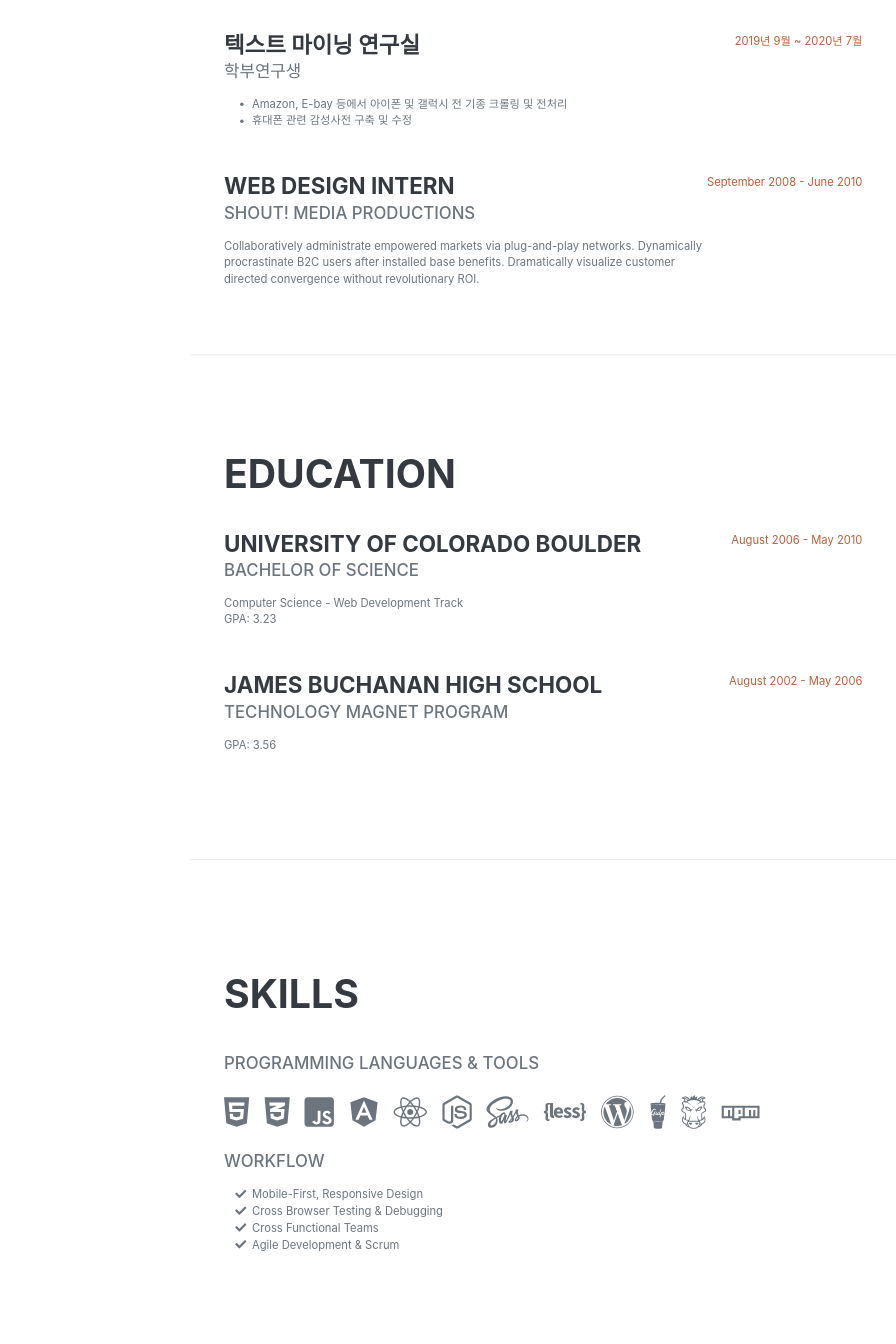
Repository: minsuk1/portfolio
Page: index.html
These files come from the project's save history. The page is drawn as it stood at one moment and after the next save; the edit follows.
The browser window is 1280 px wide. The pictures show the part of the page from y = 1251 to 3171 px (the page is 4642 px tall before and 4594 px after), at 70% of full size.
Some web fonts or font styles are not loaded; a fallback is used.

Above is the page before, as saved 2021-01-01 10:44:50.

### index.html
<!DOCTYPE html>
<html lang="en">
    <head>
        <meta charset="utf-8" />
        <meta name="viewport" content="width=device-width, initial-scale=1, shrink-to-fit=no" />
        <meta name="description" content="" />
        <meta name="author" content="" />
        <title>Resume - Start Bootstrap Theme</title>
        <link rel="icon" type="image/x-icon" href="assets/img/favicon.ico" />
        <!-- Font Awesome icons (free version)-->
        <script src="https://use.fontawesome.com/releases/v5.15.1/js/all.js" crossorigin="anonymous"></script>
        <!-- Google fonts-->
        <link href="https://fonts.googleapis.com/css?family=Saira+Extra+Condensed:500,700" rel="stylesheet" type="text/css" />
        <link href="https://fonts.googleapis.com/css?family=Muli:400,400i,800,800i" rel="stylesheet" type="text/css" />
        <!-- Core theme CSS (includes Bootstrap)-->
        <link href="css/styles.css" rel="stylesheet" />
    </head>
    <body id="page-top">
        <!-- Navigation-->
        <nav class="navbar navbar-expand-lg navbar-dark bg-primary fixed-top" id="sideNav">
            <a class="navbar-brand js-scroll-trigger" href="#page-top">
                <span class="d-block d-lg-none">Clarence Taylor</span>
                <span class="d-none d-lg-block"><img class="img-fluid img-profile rounded-circle mx-auto mb-2" src="assets/img/profile.jpg" alt="" /></span>
            </a>
            <button class="navbar-toggler" type="button" data-toggle="collapse" data-target="#navbarSupportedContent" aria-controls="navbarSupportedContent" aria-expanded="false" aria-label="Toggle navigation"><span class="navbar-toggler-icon"></span></button>
            <div class="collapse navbar-collapse" id="navbarSupportedContent">
                <ul class="navbar-nav">
                    <li class="nav-item"><a class="nav-link js-scroll-trigger" href="#about">About</a></li>
                    <li class="nav-item"><a class="nav-link js-scroll-trigger" href="#experience">Experience</a></li>
                    <li class="nav-item"><a class="nav-link js-scroll-trigger" href="#education">Education</a></li>
                    <li class="nav-item"><a class="nav-link js-scroll-trigger" href="#skills">Skills</a></li>
                    <li class="nav-item"><a class="nav-link js-scroll-trigger" href="#interests">Interests</a></li>
                    <li class="nav-item"><a class="nav-link js-scroll-trigger" href="#awards">Awards</a></li>
                </ul>
            </div>
        </nav>
        <!-- Page Content-->
        <div class="container-fluid p-0">
            <!-- About-->
            <section class="resume-section" id="about">
                <div class="resume-section-content">
                    <h1 class="mb-0">
                        Portfolio
                        <span class="text-primary">오민석</span>
                    </h1>
                    <div class="subheading mb-5">
                                  010-6265-6918
                        <a href="mailto:name@email.com">palt1230@email.com</a>
                    </div>
                    <p class="lead mb-5"></p>
                    <div class="social-icons">
                        <a class="social-icon" href="https://github.com/minsuk1"><i class="fab fa-github"></i></a>
                        <a class="social-icon" href="https://velog.io/@minsuk"><i class="fas fa-envelope-open-text"></i></i></a>
                        <a class="social-icon" href="#"><i class="fab fa-facebook-f"></i></a>
                    </div>
                </div>
            </section>
            <hr class="m-0" />
            <!-- Experience-->
            <section class="resume-section" id="experience">
                <div class="resume-section-content">
                    <h2 class="mb-5">Experience</h2>
                    <div class="d-flex flex-column flex-md-row justify-content-between mb-5">
                        <div class="flex-grow-1">
                            <h3 class="mb-0">삼정KPMG 인턴</h3>
                            <div class="subheading mb-3">Data Engineer</div>
                            <ul>
                                <li>데이터 ETL : MSSQL에서 데이터 전처리</li>
                                <li>QA : 사내 AI 감사 솔루션 플랫폼(Clara) QA</li>
                            </ul>

                        </div>
                        <div class="flex-shrink-0"><span class="text-primary">2020년 12월 ~ 현재</span></div>
                    </div>
                    <div class="d-flex flex-column flex-md-row justify-content-between mb-5">
                        <div class="flex-grow-1">
                            <h3 class="mb-0">핀테크 교육</h3>
                            <div class="subheading mb-3">대외 교육</div>
                            <p>4차 산업혁명 시대에 맞는 코스콤 수행, 금융위원회 주관 핀테크 교육</p>
                        </div>
                        <div class="flex-shrink-0"><span class="text-primary">2020년 7월 ~ 2020년 8월</span></div>
                    </div>
                    <div class="d-flex flex-column flex-md-row justify-content-between mb-5">
                        <div class="flex-grow-1">
                            <h3 class="mb-0">텍스트 마이닝 연구실</h3>
                            <div class="subheading mb-3">학부연구생</div>
                            <ul>
                                <li>Amazon, E-bay 등에서 아이폰 및 갤럭시 전 기종 크롤링 및 전처리</li>
                                <li>휴대폰 관련 감성사전 구축 및 수정</li>
                            </ul>
                        </div>
                        <div class="flex-shrink-0"><span class="text-primary">2019년 9월 ~ 2020년 7월</span></div>
                    </div>
                    <div class="d-flex flex-column flex-md-row justify-content-between">
                        <div class="flex-grow-1">
                            <h3 class="mb-0">Web Design Intern</h3>
                            <div class="subheading mb-3">Shout! Media Productions</div>
                            <p>Collaboratively administrate empowered markets via plug-and-play networks. Dynamically procrastinate B2C users after installed base benefits. Dramatically visualize customer directed convergence without revolutionary ROI.</p>
                        </div>
                        <div class="flex-shrink-0"><span class="text-primary">September 2008 - June 2010</span></div>
                    </div>
                </div>
            </section>
            <hr class="m-0" />
            <!-- Education-->
            <section class="resume-section" id="education">
                <div class="resume-section-content">
                    <h2 class="mb-5">Education</h2>
                    <div class="d-flex flex-column flex-md-row justify-content-between mb-5">
                        <div class="flex-grow-1">
                            <h3 class="mb-0">University of Colorado Boulder</h3>
                            <div class="subheading mb-3">Bachelor of Science</div>
                            <div>Computer Science - Web Development Track</div>
                            <p>GPA: 3.23</p>
                        </div>
                        <div class="flex-shrink-0"><span class="text-primary">August 2006 - May 2010</span></div>
                    </div>
                    <div class="d-flex flex-column flex-md-row justify-content-between">
                        <div class="flex-grow-1">
                            <h3 class="mb-0">James Buchanan High School</h3>
                            <div class="subheading mb-3">Technology Magnet Program</div>
                            <p>GPA: 3.56</p>
                        </div>
                        <div class="flex-shrink-0"><span class="text-primary">August 2002 - May 2006</span></div>
                    </div>
                </div>
            </section>
            <hr class="m-0" />
            <!-- Skills-->
            <section class="resume-section" id="skills">
                <div class="resume-section-content">
                    <h2 class="mb-5">Skills</h2>
                    <div class="subheading mb-3">Programming Languages & Tools</div>
                    <ul class="list-inline dev-icons">
                        <li class="list-inline-item"><i class="fab fa-html5"></i></li>
                        <li class="list-inline-item"><i class="fab fa-css3-alt"></i></li>
                        <li class="list-inline-item"><i class="fab fa-js-square"></i></li>
                        <li class="list-inline-item"><i class="fab fa-angular"></i></li>
                        <li class="list-inline-item"><i class="fab fa-react"></i></li>
                        <li class="list-inline-item"><i class="fab fa-node-js"></i></li>
                        <li class="list-inline-item"><i class="fab fa-sass"></i></li>
                        <li class="list-inline-item"><i class="fab fa-less"></i></li>
                        <li class="list-inline-item"><i class="fab fa-wordpress"></i></li>
                        <li class="list-inline-item"><i class="fab fa-gulp"></i></li>
                        <li class="list-inline-item"><i class="fab fa-grunt"></i></li>
                        <li class="list-inline-item"><i class="fab fa-npm"></i></li>
                    </ul>
                    <div class="subheading mb-3">Workflow</div>
                    <ul class="fa-ul mb-0">
                        <li>
                            <span class="fa-li"><i class="fas fa-check"></i></span>
                            Mobile-First, Responsive Design
                        </li>
                        <li>
                            <span class="fa-li"><i class="fas fa-check"></i></span>
                            Cross Browser Testing & Debugging
                        </li>
                        <li>
                            <span class="fa-li"><i class="fas fa-check"></i></span>
                            Cross Functional Teams
                        </li>
                        <li>
                            <span class="fa-li"><i class="fas fa-check"></i></span>
                            Agile Development & Scrum
                        </li>
                    </ul>
                </div>
            </section>
            <hr class="m-0" />
            <!-- Interests-->
            <section class="resume-section" id="interests">
                <div class="resume-section-content">
                    <h2 class="mb-5">Interests</h2>
                    <p>Apart from being a web developer, I enjoy most of my time being outdoors. In the winter, I am an avid skier and novice ice climber. During the warmer months here in Colorado, I enjoy mountain biking, free climbing, and kayaking.</p>
                    <p class="mb-0">When forced indoors, I follow a number of sci-fi and fantasy genre movies and television shows, I am an aspiring chef, and I spend a large amount of my free time exploring the latest technology advancements in the front-end web development world.</p>
                </div>
            </section>
            <hr class="m-0" />
            <!-- Awards-->
            <section class="resume-section" id="awards">
                <div class="resume-section-content">
                    <h2 class="mb-5">Awards & Certifications</h2>
                    <ul class="fa-ul mb-0">
                        <li>
                            <span class="fa-li"><i class="fas fa-trophy text-warning"></i></span>
                            Google Analytics Certified Developer
                        </li>
                        <li>
                            <span class="fa-li"><i class="fas fa-trophy text-warning"></i></span>
                            Mobile Web Specialist - Google Certification
                        </li>
                        <li>
                            <span class="fa-li"><i class="fas fa-trophy text-warning"></i></span>
                            1
                            <sup>st</sup>
                            Place - University of Colorado Boulder - Emerging Tech Competition 2009
                        </li>
                        <li>
                            <span class="fa-li"><i class="fas fa-trophy text-warning"></i></span>
                            1
                            <sup>st</sup>
                            Place - University of Colorado Boulder - Adobe Creative Jam 2008 (UI Design Category)
                        </li>
                        <li>
                            <span class="fa-li"><i class="fas fa-trophy text-warning"></i></span>
                            2
                            <sup>nd</sup>
                            Place - University of Colorado Boulder - Emerging Tech Competition 2008
                        </li>
                        <li>
                            <span class="fa-li"><i class="fas fa-trophy text-warning"></i></span>
                            1
                            <sup>st</sup>
                            Place - James Buchanan High School - Hackathon 2006
                        </li>
                        <li>
                            <span class="fa-li"><i class="fas fa-trophy text-warning"></i></span>
                            3
                            <sup>rd</sup>
                            Place - James Buchanan High School - Hackathon 2005
                        </li>
                    </ul>
                </div>
            </section>
        </div>
        <!-- Bootstrap core JS-->
        <script src="https://cdnjs.cloudflare.com/ajax/libs/jquery/3.5.1/jquery.min.js"></script>
        <script src="https://cdn.jsdelivr.net/npm/bootstrap@4.5.3/dist/js/bootstrap.bundle.min.js"></script>
        <!-- Third party plugin JS-->
        <script src="https://cdnjs.cloudflare.com/ajax/libs/jquery-easing/1.4.1/jquery.easing.min.js"></script>
        <!-- Core theme JS-->
        <script src="js/scripts.js"></script>
    </body>
</html>

### js/scripts.js
/*!
    * Start Bootstrap - Resume v6.0.2 (https://startbootstrap.com/theme/resume)
    * Copyright 2013-2020 Start Bootstrap
    * Licensed under MIT (https://github.com/StartBootstrap/startbootstrap-resume/blob/master/LICENSE)
    */
    (function ($) {
    "use strict"; // Start of use strict

    // Smooth scrolling using jQuery easing
    $('a.js-scroll-trigger[href*="#"]:not([href="#"])').click(function () {
        if (
            location.pathname.replace(/^\//, "") ==
                this.pathname.replace(/^\//, "") &&
            location.hostname == this.hostname
        ) {
            var target = $(this.hash);
            target = target.length
                ? target
                : $("[name=" + this.hash.slice(1) + "]");
            if (target.length) {
                $("html, body").animate(
                    {
                        scrollTop: target.offset().top,
                    },
                    1000,
                    "easeInOutExpo"
                );
                return false;
            }
        }
    });

    // Closes responsive menu when a scroll trigger link is clicked
    $(".js-scroll-trigger").click(function () {
        $(".navbar-collapse").collapse("hide");
    });

    // Activate scrollspy to add active class to navbar items on scroll
    $("body").scrollspy({
        target: "#sideNav",
    });
})(jQuery); // End of use strict

Loaded but not shown: css/styles.css (library)

After the next save:
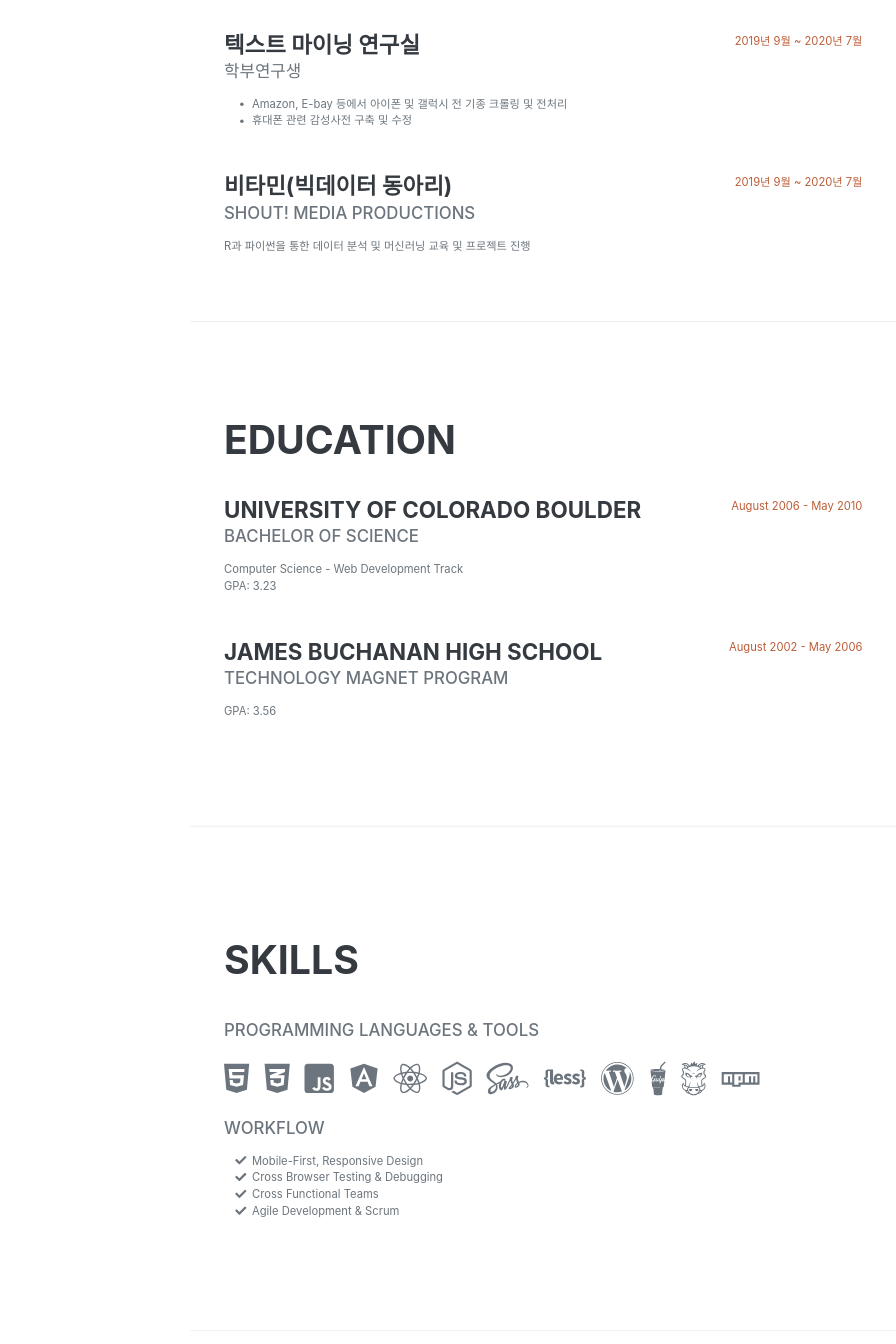
Saved 40 s later.
--- a/index.html
+++ b/index.html
@@ -93,11 +93,11 @@
                     </div>
                     <div class="d-flex flex-column flex-md-row justify-content-between">
                         <div class="flex-grow-1">
-                            <h3 class="mb-0">Web Design Intern</h3>
+                            <h3 class="mb-0">비타민(빅데이터 동아리)</h3>
                             <div class="subheading mb-3">Shout! Media Productions</div>
-                            <p>Collaboratively administrate empowered markets via plug-and-play networks. Dynamically procrastinate B2C users after installed base benefits. Dramatically visualize customer directed convergence without revolutionary ROI.</p>
-                        </div>
-                        <div class="flex-shrink-0"><span class="text-primary">September 2008 - June 2010</span></div>
+                            <p>R과 파이썬을 통한 데이터 분석 및 머신러닝 교육 및 프로젝트 진행</p>
+                        </div>
+                        <div class="flex-shrink-0"><span class="text-primary">2019년 9월 ~ 2020년 7월</span></div>
                     </div>
                 </div>
             </section>
